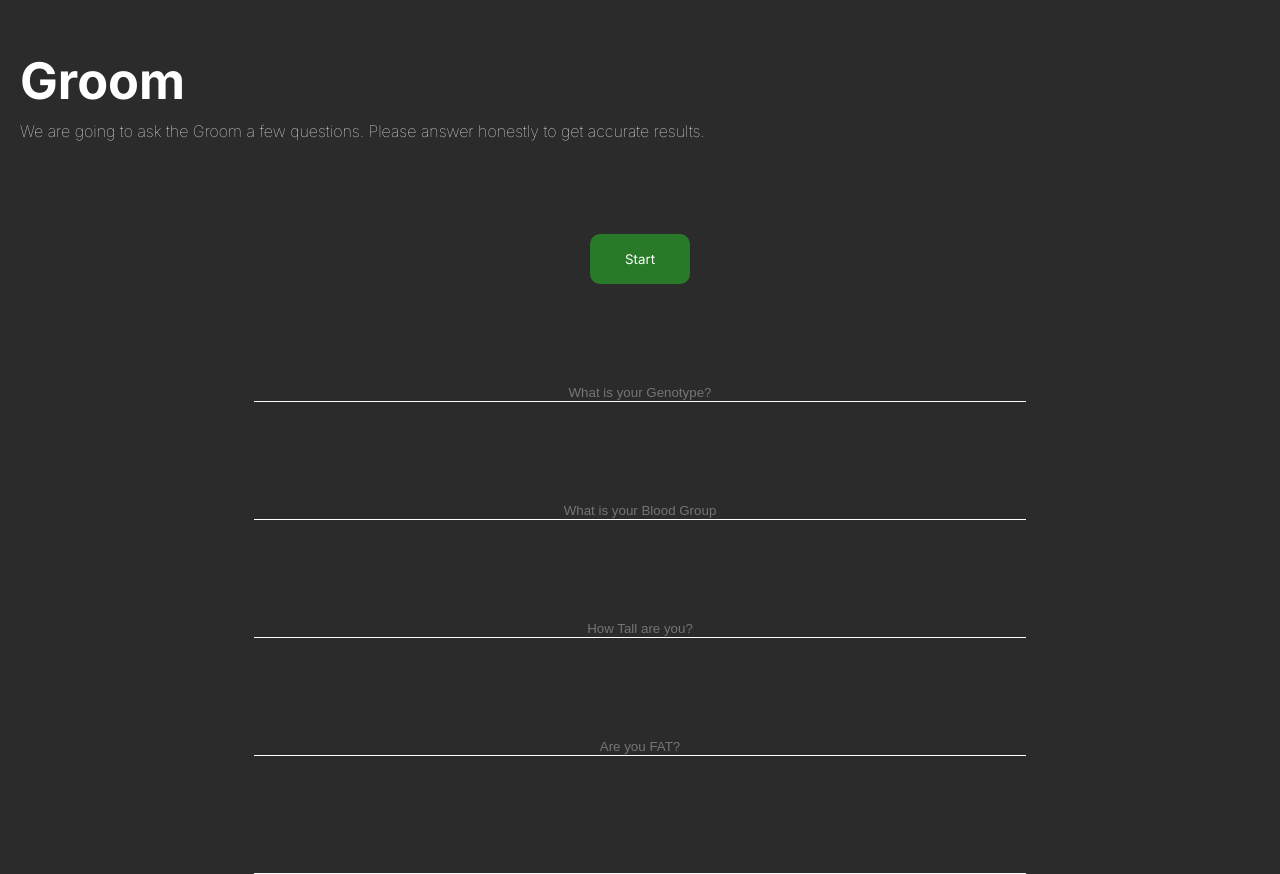
Repository: devhabeeblateef/tictactoe
Page: /
These files come from the project's save history. The page is drawn as it stood at one moment and after a run of saves; the edit follows.
The browser window is 1280 px wide. The pictures show the whole page.
The project was rebuilt for these pictures with package versions that can differ from the ones it lists, and the page was loaded fresh each time. Also part of the build but not shown: src/App.css.

Above is the page before, as saved 2022-06-17 02:17:12.

After the next 2 saves:
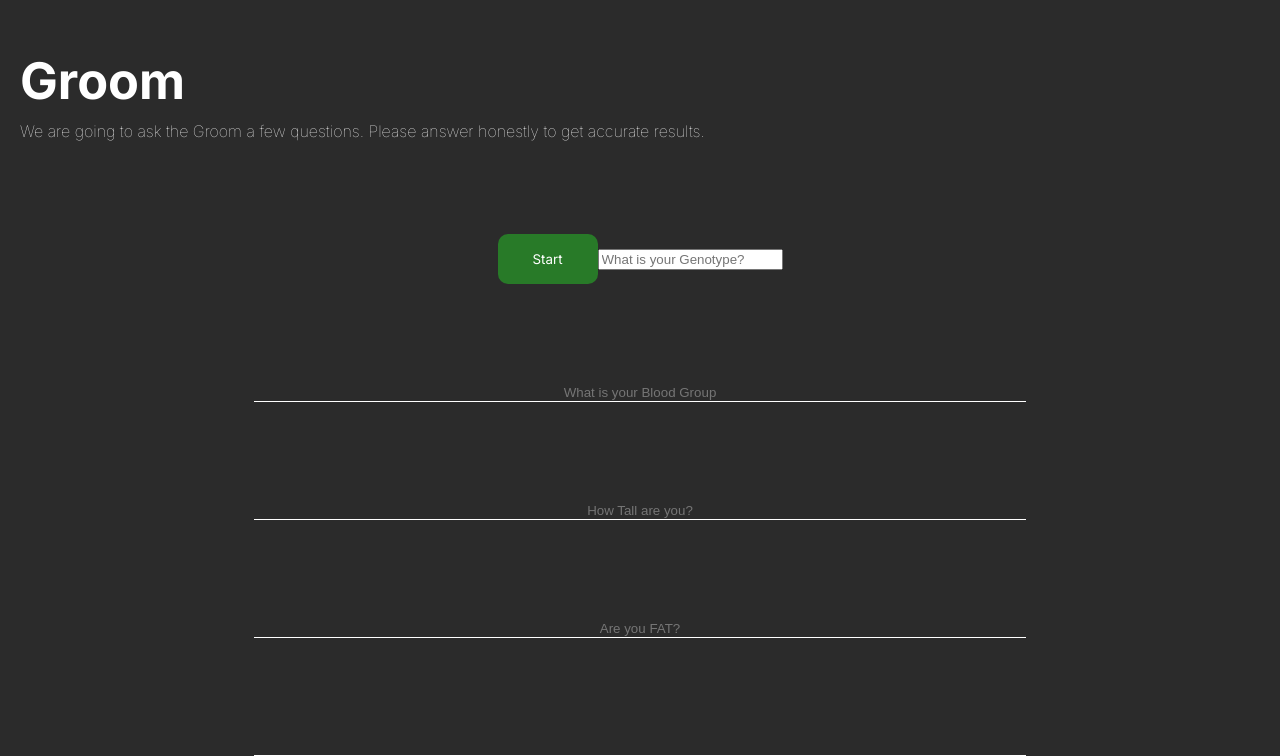
The 2 saves are shown as one change because they came seconds apart.
The last was saved 29 s later.
--- a/src/Form.js
+++ b/src/Form.js
@@ -24,7 +24,7 @@ function Form() {
         <center>
         {started ? <button onClick={start} className={classes.start}>
         Start</button> : ""}
-        <Myform placeholder={maleQuestions[0]}/>
+        <input placeholder={maleQuestions[0]}/>
         <Myform placeholder={maleQuestions[1]}/>
         <Myform placeholder={maleQuestions[2]}/>
         <Myform placeholder={maleQuestions[3]}/>
